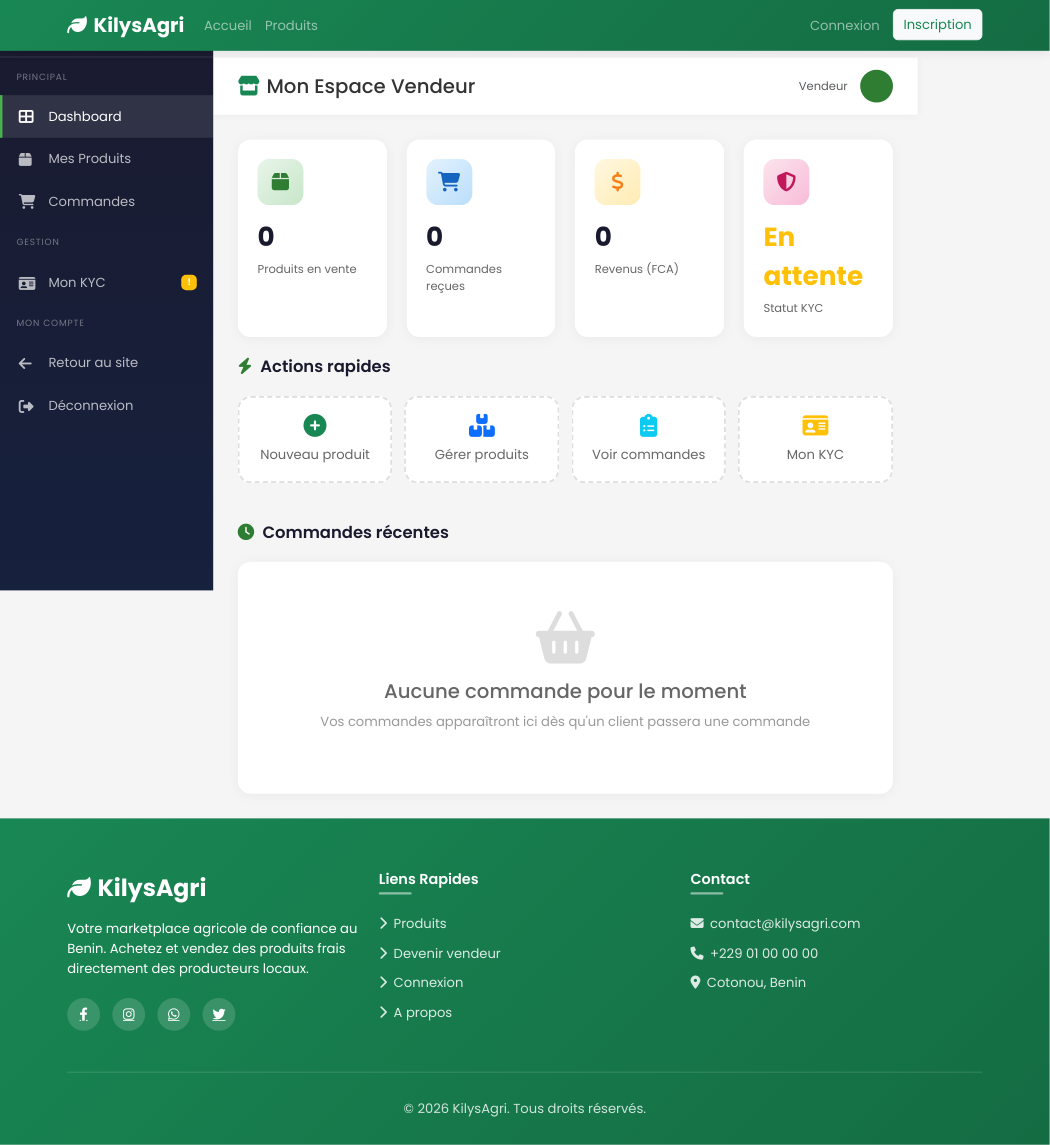
Repository: KILAYOSSI/projetdesoutenance
Page: templates/vendeur/dashboard.html.twig
The author's editor kept a copy of each file at every save. The page is drawn from the files as they stood at one save, then again after the next save.
The browser window is 1280 px wide. The pictures show the whole page, at 82% of full size.
The page is a Twig template of a Symfony application; nobody is signed in and links lead nowhere. The template is opened directly, without the code that normally fills it, so the values that code supplies are empty.

Above is the page before, as saved 2026-03-08 18:46:18.

After the next save:
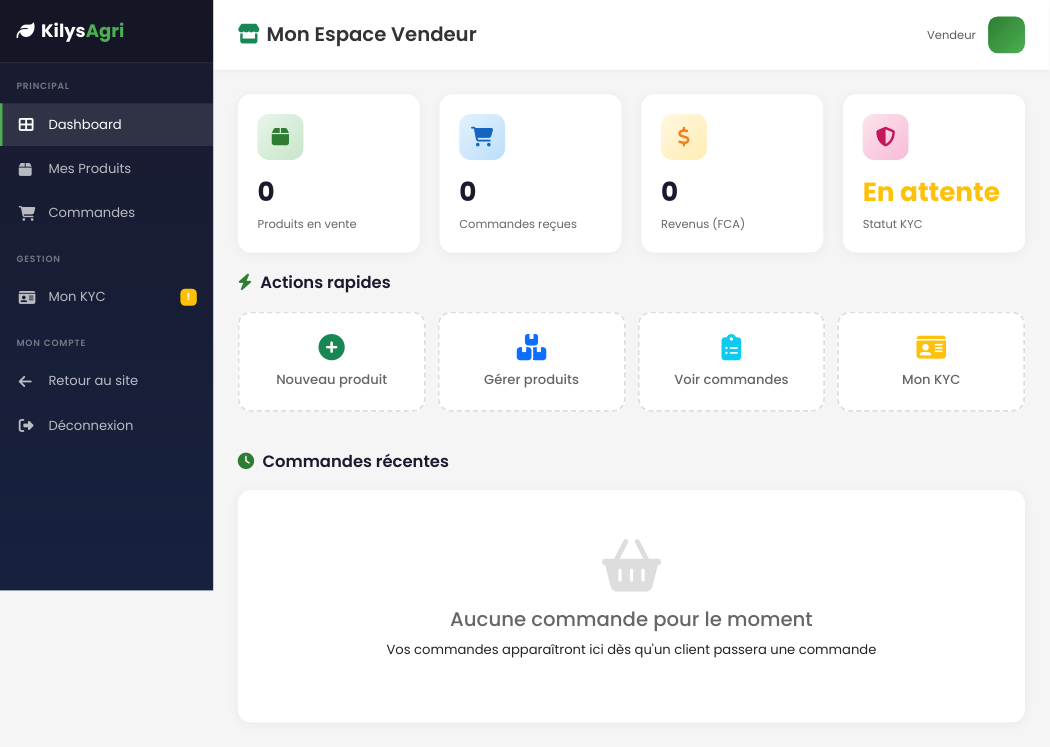
Saved 96 s later.
--- a/templates/vendeur/dashboard.html.twig
+++ b/templates/vendeur/dashboard.html.twig
@@ -7,35 +7,58 @@
     :root {
         --primary-color: #2E7D32;
         --secondary-color: #4CAF50;
-        --accent-color: #FFC107;
         --dark-bg: #1a1a2e;
         --light-bg: #f5f5f5;
     }
 
+    /* Override pour la page vendeur - masquer la navbar standard */
+    .navbar {
+        display: none !important;
+    }
+
     body {
         background: var(--light-bg);
-    }
-
+        margin-top: 0 !important;
+    }
+
+    main {
+        margin-top: 0 !important;
+        min-height: 100vh;
+    }
+
+    footer {
+        display: none !important;
+    }
+
+    .vendor-layout {
+        display: flex;
+        min-height: 100vh;
+    }
+
+    /* Sidebar */
     .vendor-sidebar {
-        min-height: 100vh;
+        width: 260px;
         background: linear-gradient(180deg, #1a1a2e 0%, #16213e 100%);
         padding: 0;
         position: fixed;
-        width: 260px;
         left: 0;
         top: 0;
+        bottom: 0;
         z-index: 1000;
+        overflow-y: auto;
     }
 
     .vendor-logo {
-        padding: 20px;
+        padding: 25px 20px;
         border-bottom: 1px solid rgba(255,255,255,0.1);
+        background: rgba(0,0,0,0.2);
     }
 
     .vendor-logo h4 {
         color: white;
         margin: 0;
         font-weight: 700;
+        font-size: 22px;
     }
 
     .vendor-logo span {
@@ -43,11 +66,12 @@
     }
 
     .menu-section {
-        padding: 15px 20px;
+        padding: 20px 20px 10px;
         color: rgba(255,255,255,0.4);
         font-size: 11px;
         text-transform: uppercase;
         letter-spacing: 1px;
+        font-weight: 600;
     }
 
     .menu-item {
@@ -58,6 +82,7 @@
         text-decoration: none;
         transition: all 0.3s ease;
         border-left: 3px solid transparent;
+        margin: 2px 0;
     }
 
     .menu-item:hover, .menu-item.active {
@@ -74,17 +99,18 @@
 
     .menu-item .badge {
         margin-left: auto;
-        font-size: 11px;
-    }
-
+    }
+
+    /* Main Content */
     .main-content {
+        flex: 1;
         margin-left: 260px;
-        padding: 0;
+        background: #f5f5f5;
     }
 
     .top-header {
         background: white;
-        padding: 15px 30px;
+        padding: 20px 30px;
         box-shadow: 0 2px 10px rgba(0,0,0,0.05);
         display: flex;
         justify-content: space-between;
@@ -98,6 +124,7 @@
         margin: 0;
         font-size: 24px;
         color: #333;
+        font-weight: 600;
     }
 
     .user-info {
@@ -107,21 +134,23 @@
     }
 
     .user-avatar {
-        width: 40px;
-        height: 40px;
-        border-radius: 50%;
-        background: var(--primary-color);
+        width: 45px;
+        height: 45px;
+        border-radius: 12px;
+        background: linear-gradient(135deg, #2E7D32, #4CAF50);
         display: flex;
         align-items: center;
         justify-content: center;
         color: white;
         font-weight: bold;
+        font-size: 16px;
     }
 
     .content-wrapper {
         padding: 30px;
     }
 
+    /* Stats Cards */
     .stat-card {
         background: white;
         border-radius: 16px;
@@ -165,14 +194,6 @@
         font-size: 14px;
     }
 
-    .stat-trend {
-        font-size: 13px;
-        margin-top: 10px;
-    }
-
-    .stat-trend.up { color: #4CAF50; }
-    .stat-trend.down { color: #f44336; }
-
     .section-title {
         font-size: 20px;
         font-weight: 600;
@@ -187,6 +208,7 @@
         color: var(--primary-color);
     }
 
+    /* Table */
     .table-card {
         background: white;
         border-radius: 16px;
@@ -235,16 +257,11 @@
         background: #fafafa;
     }
 
-    .custom-table tr:last-child td {
-        border-bottom: none;
-    }
-
     .status-badge {
         padding: 6px 14px;
         border-radius: 20px;
         font-size: 12px;
         font-weight: 500;
-        display: inline-block;
     }
 
     .status-badge.pending { background: #FFF3E0; color: #E65100; }
@@ -264,6 +281,7 @@
         display: inline-flex;
         align-items: center;
         justify-content: center;
+        text-decoration: none;
     }
 
     .action-btn:hover {
@@ -271,6 +289,7 @@
         color: white;
     }
 
+    /* Quick Actions */
     .quick-actions {
         display: grid;
         grid-template-columns: repeat(4, 1fr);
@@ -282,7 +301,7 @@
         background: white;
         border: 2px dashed #ddd;
         border-radius: 16px;
-        padding: 20px;
+        padding: 25px 20px;
         text-align: center;
         text-decoration: none;
         color: #666;
@@ -297,9 +316,13 @@
     }
 
     .quick-action-btn i {
-        font-size: 28px;
-        margin-bottom: 10px;
+        font-size: 32px;
+        margin-bottom: 12px;
         display: block;
+    }
+
+    .quick-action-btn span {
+        font-weight: 500;
     }
 
     .empty-state {
@@ -318,13 +341,13 @@
         margin-bottom: 10px;
     }
 
-    .empty-state p {
-        color: #999;
-    }
-
-    @media (max-width: 768px) {
+    @media (max-width: 992px) {
         .vendor-sidebar {
-            display: none;
+            transform: translateX(-100%);
+            transition: transform 0.3s ease;
+        }
+        .vendor-sidebar.show {
+            transform: translateX(0);
         }
         .main-content {
             margin-left: 0;
@@ -337,7 +360,7 @@
 {% endblock %}
 
 {% block body %}
-<div class="d-flex">
+<div class="vendor-layout">
     <!-- Sidebar -->
     <div class="vendor-sidebar">
         <div class="vendor-logo">
@@ -446,19 +469,19 @@
             <div class="quick-actions mb-5">
                 <a href="{{ path('vendeur_produit_new') }}" class="quick-action-btn">
                     <i class="fas fa-plus-circle text-success"></i>
-                    Nouveau produit
+                    <span>Nouveau produit</span>
                 </a>
                 <a href="{{ path('vendeur_produits') }}" class="quick-action-btn">
                     <i class="fas fa-boxes text-primary"></i>
-                    Gérer produits
+                    <span>Gérer produits</span>
                 </a>
                 <a href="{{ path('vendeur_commandes') }}" class="quick-action-btn">
                     <i class="fas fa-clipboard-list text-info"></i>
-                    Voir commandes
+                    <span>Voir commandes</span>
                 </a>
                 <a href="{{ path('kyc_status') }}" class="quick-action-btn">
                     <i class="fas fa-id-card text-warning"></i>
-                    Mon KYC
+                    <span>Mon KYC</span>
                 </a>
             </div>
 
